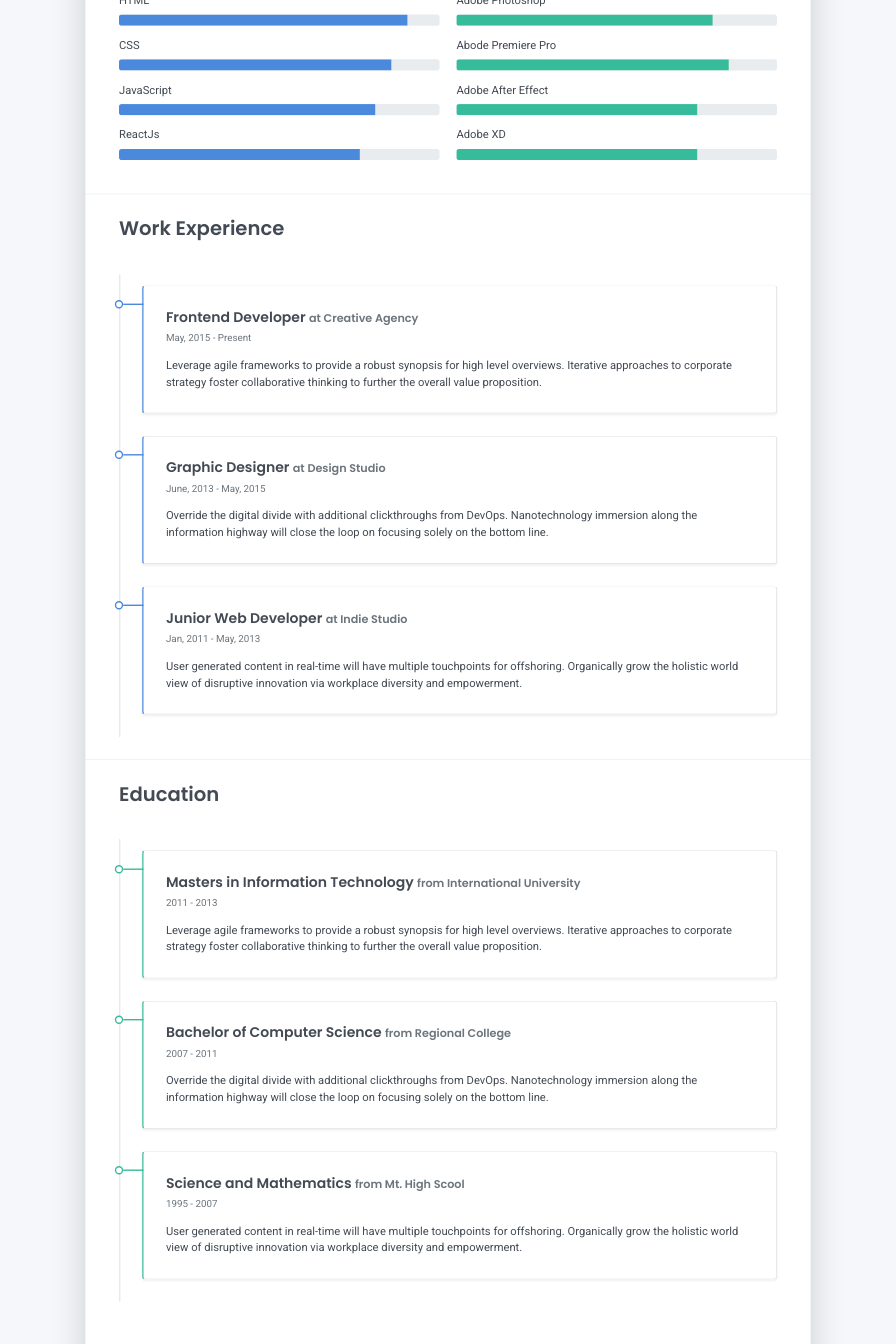
Repository: virangaj/resume
Page: index.html
The author's editor kept a copy of each file at every save. The page is drawn from the files as they stood at one save, then again after the next save.
The browser window is 1280 px wide. The pictures show the part of the page from y = 734 to 2654 px (the page is 3388 px tall before and 3452 px after), at 70% of full size.

Above is the page before, as saved 2021-08-31 19:27:48.

### index.html
<!DOCTYPE html>
<html lang="en-US">
	<head>
		<meta charset="UTF-8" />
		<meta http-equiv="X-UA-Compatible" content="IE=edge" />
		<meta name="viewport" content="width=device-width, initial-scale=1" />
		<title>Virang Jayawardana</title>
		<link
			rel="preconnect"
			href="https://fonts.gstatic.com"
			crossorigin="crossorigin"
		/>
		<link
			rel="preload"
			as="style"
			href="https://fonts.googleapis.com/css2?family=Poppins:wght@600&amp;family=Roboto:wght@300;400;500;700&amp;display=swap"
		/>
		<link
			rel="stylesheet"
			href="https://fonts.googleapis.com/css2?family=Poppins:wght@600&amp;family=Roboto:wght@300;400;500;700&amp;display=swap"
			media="print"
			onload="this.media='all'"
		/>
		<noscript>
			<link
				rel="stylesheet"
				href="https://fonts.googleapis.com/css2?family=Poppins:wght@600&amp;family=Roboto:wght@300;400;500;700&amp;display=swap"
			/>
		</noscript>
		<link href="css/font-awesome/css/all.min.css?ver=1.2.0" rel="stylesheet" />
		<link href="css/bootstrap.min.css?ver=1.2.0" rel="stylesheet" />
		<link href="css/aos.css?ver=1.2.0" rel="stylesheet" />
		<link href="css/main.css?ver=1.2.0" rel="stylesheet" />
		<noscript>
			<style type="text/css">
				[data-aos] {
					opacity: 1 !important;
					transform: translate(0) scale(1) !important;
				}
			</style>
		</noscript>
	</head>
	<body id="top">
		<header class="d-print-none">
			<div class="container text-center text-lg-left">
				<div class="py-3 clearfix">
					<h1 class="site-title mb-0">Virang Jayawardana</h1>
					<div class="site-nav">
						<nav role="navigation">
							<ul class="nav justify-content-center">
								<li class="nav-item">
									<a
										class="nav-link"
										href="https://twitter.com/VirangaPasi"
										title="Twitter"
										><i class="fab fa-twitter"></i
										><span class="menu-title sr-only">Twitter</span></a
									>
								</li>
								<li class="nav-item">
									<a
										class="nav-link"
										href="https://www.facebook.com/virangapasindu.jayawardana/"
										title="Facebook"
										><i class="fab fa-facebook"></i
										><span class="menu-title sr-only">Facebook</span></a
									>
								</li>
								<li class="nav-item">
									<a
										class="nav-link"
										href="https://www.instagram.com/pasiya_k9/"
										title="Instagram"
										><i class="fab fa-instagram"></i
										><span class="menu-title sr-only">Instagram</span></a
									>
								</li>
								<li class="nav-item">
									<a
										class="nav-link"
										href="https://github.com/Viranga-pasi"
										title="Github"
										><i class="fab fa-github"></i
										><span class="menu-title sr-only">Github</span></a
									>
								</li>
							</ul>
						</nav>
					</div>
				</div>
			</div>
		</header>
		<div class="page-content">
			<div class="container">
				<div class="cover shadow-lg bg-white">
					<div class="cover-bg p-3 p-lg-4 text-white">
						<div class="row">
							<div class="col-lg-4 col-md-5">
								<div class="avatar hover-effect bg-white shadow-sm p-1">
									<img src="images/avatar.jpg" width="200" height="200" />
								</div>
							</div>
							<div class="col-lg-8 col-md-7 text-center text-md-start">
								<h2 class="h1 mt-2" data-aos="fade-left" data-aos-delay="0">
									Joyce Harrison
								</h2>
								<p data-aos="fade-left" data-aos-delay="100">
									Undergraduate | Web Developer
								</p>
								<div
									class="d-print-none"
									data-aos="fade-left"
									data-aos-delay="200"
								>
									<a
										class="btn btn-light text-dark shadow-sm mt-1 me-1"
										href="right-resume.pdf"
										target="_blank"
										>Download CV</a
									><a class="btn btn-success shadow-sm mt-1" href="#contact"
										>Hire Me</a
									>
								</div>
							</div>
						</div>
					</div>
					<div class="about-section pt-4 px-3 px-lg-4 mt-1">
						<div class="row">
							<div class="col-md-6">
								<h2 class="h3 mb-3">About Me</h2>
								<p>
									Hello! I’m Viranga Jayawardana. I am passionate about new
									technologies and Web Design. I am a skilled Front-end
									Developer and amazing video editor.
								</p>
							</div>
							<div class="col-md-5 offset-md-1">
								<div class="row mt-2">
									<div class="col-sm-4">
										<div class="pb-1">Age</div>
									</div>
									<div class="col-sm-8">
										<div class="pb-1 text-secondary">24</div>
									</div>
									<div class="col-sm-4">
										<div class="pb-1">Email</div>
									</div>
									<div class="col-sm-8">
										<div class="pb-1 text-secondary">
											virangapasindu4@gmail.com
										</div>
									</div>
									<div class="col-sm-4">
										<div class="pb-1">Phone</div>
									</div>
									<div class="col-sm-8">
										<div class="pb-1 text-secondary">+94 71 530 9595</div>
									</div>
									<div class="col-sm-4">
										<div class="pb-1">Address</div>
									</div>
									<div class="col-sm-8">
										<div class="pb-1 text-secondary">
											Samanala, Galdola, Kotapola, Sri Lanka
										</div>
									</div>
								</div>
							</div>
						</div>
					</div>
					<hr class="d-print-none" />
					<div class="skills-section px-3 px-lg-4">
						<h2 class="h3 mb-3">Professional Skills</h2>
						<div class="row">
							<div class="col-md-6">
								<div class="mb-2">
									<span>HTML</span>
									<div class="progress my-1">
										<div
											class="progress-bar bg-primary"
											role="progressbar"
											data-aos="zoom-in-right"
											data-aos-delay="100"
											data-aos-anchor=".skills-section"
											style="width: 90%"
											aria-valuenow="90"
											aria-valuemin="0"
											aria-valuemax="100"
										></div>
									</div>
								</div>
								<div class="mb-2">
									<span>CSS</span>
									<div class="progress my-1">
										<div
											class="progress-bar bg-primary"
											role="progressbar"
											data-aos="zoom-in-right"
											data-aos-delay="200"
											data-aos-anchor=".skills-section"
											style="width: 85%"
											aria-valuenow="85"
											aria-valuemin="0"
											aria-valuemax="100"
										></div>
									</div>
								</div>
								<div class="mb-2">
									<span>JavaScript</span>
									<div class="progress my-1">
										<div
											class="progress-bar bg-primary"
											role="progressbar"
											data-aos="zoom-in-right"
											data-aos-delay="300"
											data-aos-anchor=".skills-section"
											style="width: 80%"
											aria-valuenow="80"
											aria-valuemin="0"
											aria-valuemax="100"
										></div>
									</div>
								</div>
								<div class="mb-2">
									<span>ReactJs</span>
									<div class="progress my-1">
										<div
											class="progress-bar bg-primary"
											role="progressbar"
											data-aos="zoom-in-right"
											data-aos-delay="300"
											data-aos-anchor=".skills-section"
											style="width: 75%"
											aria-valuenow="75"
											aria-valuemin="0"
											aria-valuemax="100"
										></div>
									</div>
								</div>
							</div>
							<div class="col-md-6">
								<div class="mb-2">
									<span>Adobe Photoshop</span>
									<div class="progress my-1">
										<div
											class="progress-bar bg-success"
											role="progressbar"
											data-aos="zoom-in-right"
											data-aos-delay="400"
											data-aos-anchor=".skills-section"
											style="width: 80%"
											aria-valuenow="90"
											aria-valuemin="0"
											aria-valuemax="100"
										></div>
									</div>
								</div>
								<div class="mb-2">
									<span>Abode Premiere Pro</span>
									<div class="progress my-1">
										<div
											class="progress-bar bg-success"
											role="progressbar"
											data-aos="zoom-in-right"
											data-aos-delay="500"
											data-aos-anchor=".skills-section"
											style="width: 85%"
											aria-valuenow="85"
											aria-valuemin="0"
											aria-valuemax="100"
										></div>
									</div>
								</div>
								<div class="mb-2">
									<span>Adobe After Effect</span>
									<div class="progress my-1">
										<div
											class="progress-bar bg-success"
											role="progressbar"
											data-aos="zoom-in-right"
											data-aos-delay="600"
											data-aos-anchor=".skills-section"
											style="width: 75%"
											aria-valuenow="75"
											aria-valuemin="0"
											aria-valuemax="100"
										></div>
									</div>
								</div>
								<div class="mb-2">
									<span>Adobe XD</span>
									<div class="progress my-1">
										<div
											class="progress-bar bg-success"
											role="progressbar"
											data-aos="zoom-in-right"
											data-aos-delay="600"
											data-aos-anchor=".skills-section"
											style="width: 75%"
											aria-valuenow="75"
											aria-valuemin="0"
											aria-valuemax="100"
										></div>
									</div>
								</div>
							</div>
						</div>
					</div>
					<hr class="d-print-none" />
					<div class="work-experience-section px-3 px-lg-4">
						<h2 class="h3 mb-4">Work Experience</h2>
						<div class="timeline">
							<div class="timeline-card timeline-card-primary card shadow-sm">
								<div class="card-body">
									<div class="h5 mb-1">
										Frontend Developer
										<span class="text-muted h6">at Creative Agency</span>
									</div>
									<div class="text-muted text-small mb-2">
										May, 2015 - Present
									</div>
									<div>
										Leverage agile frameworks to provide a robust synopsis for
										high level overviews. Iterative approaches to corporate
										strategy foster collaborative thinking to further the
										overall value proposition.
									</div>
								</div>
							</div>
							<div class="timeline-card timeline-card-primary card shadow-sm">
								<div class="card-body">
									<div class="h5 mb-1">
										Graphic Designer
										<span class="text-muted h6">at Design Studio</span>
									</div>
									<div class="text-muted text-small mb-2">
										June, 2013 - May, 2015
									</div>
									<div>
										Override the digital divide with additional clickthroughs
										from DevOps. Nanotechnology immersion along the information
										highway will close the loop on focusing solely on the bottom
										line.
									</div>
								</div>
							</div>
							<div class="timeline-card timeline-card-primary card shadow-sm">
								<div class="card-body">
									<div class="h5 mb-1">
										Junior Web Developer
										<span class="text-muted h6">at Indie Studio</span>
									</div>
									<div class="text-muted text-small mb-2">
										Jan, 2011 - May, 2013
									</div>
									<div>
										User generated content in real-time will have multiple
										touchpoints for offshoring. Organically grow the holistic
										world view of disruptive innovation via workplace diversity
										and empowerment.
									</div>
								</div>
							</div>
						</div>
					</div>
					<hr class="d-print-none" />
					<div class="page-break"></div>
					<div class="education-section px-3 px-lg-4 pb-4">
						<h2 class="h3 mb-4">Education</h2>
						<div class="timeline">
							<div class="timeline-card timeline-card-success card shadow-sm">
								<div class="card-body">
									<div class="h5 mb-1">
										Masters in Information Technology
										<span class="text-muted h6"
											>from International University</span
										>
									</div>
									<div class="text-muted text-small mb-2">2011 - 2013</div>
									<div>
										Leverage agile frameworks to provide a robust synopsis for
										high level overviews. Iterative approaches to corporate
										strategy foster collaborative thinking to further the
										overall value proposition.
									</div>
								</div>
							</div>
							<div class="timeline-card timeline-card-success card shadow-sm">
								<div class="card-body">
									<div class="h5 mb-1">
										Bachelor of Computer Science
										<span class="text-muted h6">from Regional College</span>
									</div>
									<div class="text-muted text-small mb-2">2007 - 2011</div>
									<div>
										Override the digital divide with additional clickthroughs
										from DevOps. Nanotechnology immersion along the information
										highway will close the loop on focusing solely on the bottom
										line.
									</div>
								</div>
							</div>
							<div class="timeline-card timeline-card-success card shadow-sm">
								<div class="card-body">
									<div class="h5 mb-1">
										Science and Mathematics
										<span class="text-muted h6">from Mt. High Scool</span>
									</div>
									<div class="text-muted text-small mb-2">1995 - 2007</div>
									<div>
										User generated content in real-time will have multiple
										touchpoints for offshoring. Organically grow the holistic
										world view of disruptive innovation via workplace diversity
										and empowerment.
									</div>
								</div>
							</div>
						</div>
					</div>
					<hr class="d-print-none" />
					<div class="contant-section px-3 px-lg-4 pb-4" id="contact">
						<h2 class="h3 text mb-3">Contact</h2>
						<div class="row">
							<div class="col-md-7 d-print-none">
								<div class="my-2">
									<form
										action="https://formspree.io/your@email.com"
										method="POST"
									>
										<div class="row">
											<div class="col-6">
												<input
													class="form-control"
													type="text"
													id="name"
													name="name"
													placeholder="Your Name"
													required
												/>
											</div>
											<div class="col-6">
												<input
													class="form-control"
													type="email"
													id="email"
													name="_replyto"
													placeholder="Your E-mail"
													required
												/>
											</div>
										</div>
										<div class="form-group my-2">
											<textarea
												class="form-control"
												style="resize: none"
												id="message"
												name="message"
												rows="4"
												placeholder="Your Message"
												required
											></textarea>
										</div>
										<button class="btn btn-primary mt-2" type="submit">
											Send
										</button>
									</form>
								</div>
							</div>
							<div class="col">
								<div class="mt-2">
									<h3 class="h6">Address</h3>
									<div class="pb-2 text-secondary">
										140, City Center, New York, U.S.A
									</div>
									<h3 class="h6">Phone</h3>
									<div class="pb-2 text-secondary">+0718-111-0011</div>
									<h3 class="h6">Email</h3>
									<div class="pb-2 text-secondary">Joyce@company.com</div>
								</div>
							</div>
							<div class="col d-none d-print-block">
								<div class="mt-2">
									<div>
										<div class="mb-2">
											<div class="text-dark">
												<i class="fab fa-twitter mr-1"></i
												><span>https://twitter.com/templateflip</span>
											</div>
										</div>
										<div class="mb-2">
											<div class="text-dark">
												<i class="fab fa-facebook mr-1"></i
												><span>https://www.facebook.com/templateflip</span>
											</div>
										</div>
										<div class="mb-2">
											<div class="text-dark">
												<i class="fab fa-instagram mr-1"></i
												><span>https://www.instagram.com/templateflip</span>
											</div>
										</div>
										<div class="mb-2">
											<div class="text-dark">
												<i class="fab fa-github mr-1"></i
												><span>https://github.com/templateflip</span>
											</div>
										</div>
									</div>
								</div>
							</div>
						</div>
					</div>
				</div>
			</div>
		</div>
		<footer class="pt-4 pb-4 text-muted text-center d-print-none">
			<div class="container">
				<div class="my-3">
					<div class="h4">Joyce Harrison</div>
					<div class="footer-nav">
						<nav role="navigation">
							<ul class="nav justify-content-center">
								<li class="nav-item">
									<a
										class="nav-link"
										href="https://twitter.com/templateflip"
										title="Twitter"
										><i class="fab fa-twitter"></i
										><span class="menu-title sr-only">Twitter</span></a
									>
								</li>
								<li class="nav-item">
									<a
										class="nav-link"
										href="https://www.facebook.com/templateflip"
										title="Facebook"
										><i class="fab fa-facebook"></i
										><span class="menu-title sr-only">Facebook</span></a
									>
								</li>
								<li class="nav-item">
									<a
										class="nav-link"
										href="https://www.instagram.com/templateflip"
										title="Instagram"
										><i class="fab fa-instagram"></i
										><span class="menu-title sr-only">Instagram</span></a
									>
								</li>
								<li class="nav-item">
									<a
										class="nav-link"
										href="https://github.com/templateflip"
										title="Github"
										><i class="fab fa-github"></i
										><span class="menu-title sr-only">Github</span></a
									>
								</li>
							</ul>
						</nav>
					</div>
				</div>
				<div class="text-small">
					<div class="mb-1">&copy; Right Resume. All rights reserved.</div>
					<div>
						Design -
						<a href="https://templateflip.com/" target="_blank">TemplateFlip</a>
					</div>
				</div>
			</div>
		</footer>
		<script src="scripts/bootstrap.bundle.min.js?ver=1.2.0"></script>
		<script src="scripts/aos.js?ver=1.2.0"></script>
		<script src="scripts/main.js?ver=1.2.0"></script>
	</body>
</html>

### css/main.css
/* Buttons */
/* Inputs */
/* Timeline custom component */
.timeline {
	border-left: 2px solid #e6e9ed;
	padding: 1rem 0;
}

.timeline-card {
	position: relative;
	margin-left: 31px;
	border-left: 2px solid;
	margin-bottom: 2rem;
}

.timeline-card:last-child {
	margin-bottom: 1rem;
}

.timeline-card:before {
	content: '';
	display: inline-block;
	position: absolute;
	background-color: #fff;
	border-radius: 10px;
	width: 12px;
	height: 12px;
	top: 20px;
	left: -41px;
	border: 2px solid;
	z-index: 2;
}

.timeline-card:after {
	content: '';
	display: inline-block;
	position: absolute;
	background-color: currentColor;
	width: 29px;
	height: 2px;
	top: 25px;
	left: -29px;
	z-index: 1;
}

.timeline-card-primary {
	border-left-color: #4a89dc;
}

.timeline-card-primary:before {
	border-color: #4a89dc;
}

.timeline-card-primary:after {
	background-color: #4a89dc;
}

.timeline-card-success {
	border-left-color: #37bc9b;
}

.timeline-card-success:before {
	border-color: #37bc9b;
}

.timeline-card-success:after {
	background-color: #37bc9b;
}

html {
	scroll-behavior: smooth;
}

.site-title {
	font-size: 1.25rem;
	line-height: 2.5rem;
}

.nav-link {
	padding: 0;
	font-size: 1.25rem;
	line-height: 2.5rem;
	color: rgba(0, 0, 0, 0.5);
}

.nav-link:hover,
.nav-link:focus,
.active .nav-link {
	color: rgba(0, 0, 0, 0.8);
}

.nav-item + .nav-item {
	margin-left: 1rem;
}

.cover {
	border-radius: 10px;
}

.cover-bg {
	background-color: #4a89dc;
	background-image: url("data:[embedded picture, 1696 characters]");
	border-radius: 10px 10px 0 0;
}

.avatar {
	max-width: 216px;
	max-height: 216px;
	margin-top: 20px;
	text-align: center;
	margin-left: auto;
	margin-right: auto;
}

.avatar img {
	/* Safari 6.0 - 9.0 */
	/* filter: grayscale(100%); */
}

footer a:not(.nav-link) {
	color: inherit;
	border-bottom: 1px dashed;
	text-decoration: none;
	cursor: pointer;
}

@media (min-width: 48em) {
	.site-title {
		float: left;
	}
	.site-nav {
		float: right;
	}
	.avatar {
		margin-bottom: -80px;
		margin-left: 0;
	}
}

@media print {
	body {
		background-color: #fff;
	}
	.container {
		width: auto;
		max-width: 100%;
		padding: 0;
	}
	.cover,
	.cover-bg {
		border-radius: 0;
	}
	.cover.shadow-lg {
		box-shadow: none !important;
	}
	.cover-bg {
		padding: 5rem !important;
		padding-bottom: 10px !important;
	}
	.avatar {
		margin-top: -10px;
	}
	.about-section {
		padding: 6.5rem 5rem 2rem !important;
	}
	.skills-section,
	.work-experience-section,
	.education-section,
	.contant-section {
		padding: 1.5rem 5rem 2rem !important;
	}
	.page-break {
		padding-top: 5rem;
		page-break-before: always;
	}
}

Loaded but not shown: css/font-awesome/css/all.min.css (library); css/bootstrap.min.css (library); css/aos.css (library); scripts/bootstrap.bundle.min.js (library); scripts/aos.js (library); scripts/main.js (common file)

After the next save:
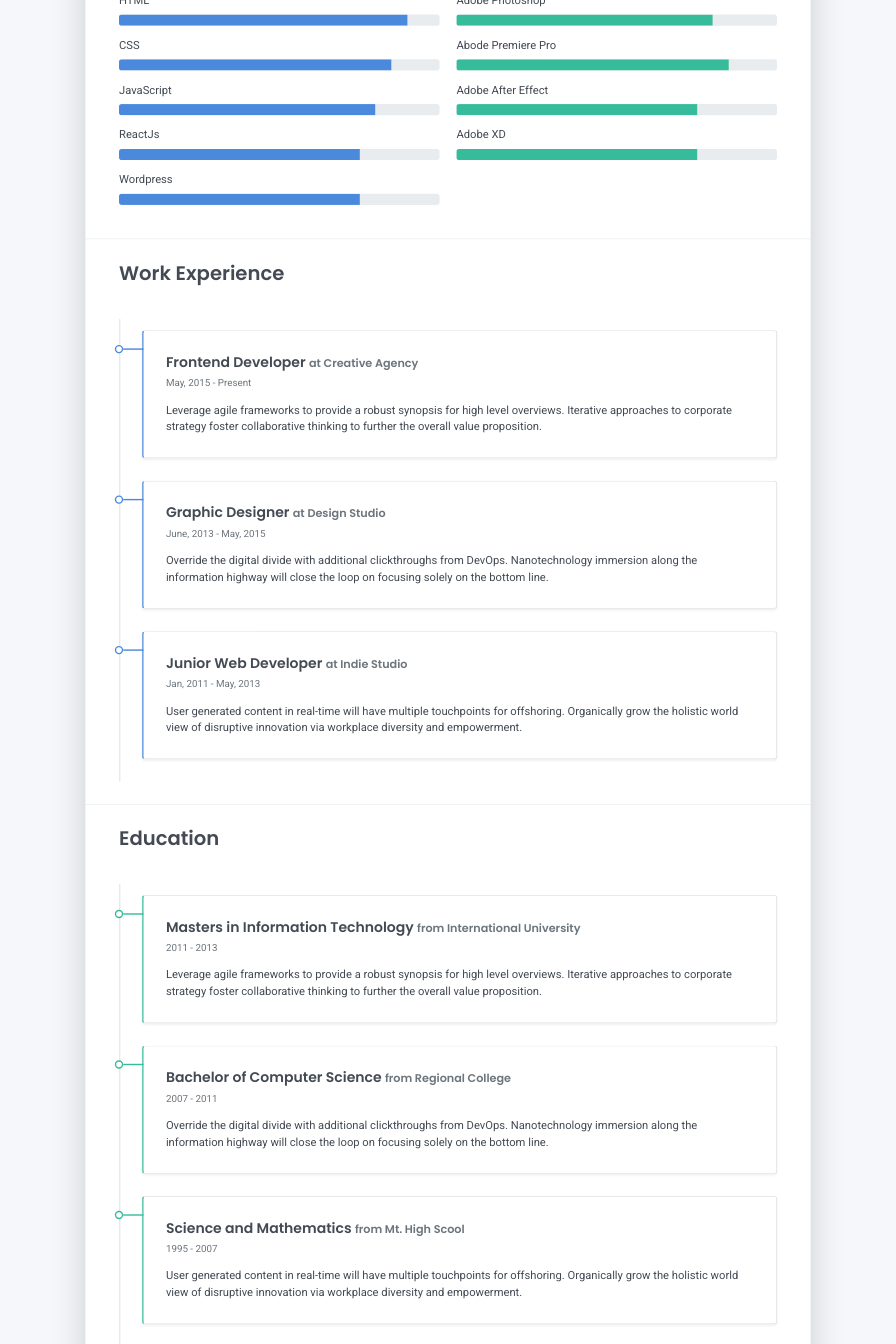
Saved 25 s later.
--- a/index.html
+++ b/index.html
@@ -237,6 +237,22 @@
 										></div>
 									</div>
 								</div>
+								<div class="mb-2">
+									<span>Wordpress</span>
+									<div class="progress my-1">
+										<div
+											class="progress-bar bg-primary"
+											role="progressbar"
+											data-aos="zoom-in-right"
+											data-aos-delay="300"
+											data-aos-anchor=".skills-section"
+											style="width: 75%"
+											aria-valuenow="75"
+											aria-valuemin="0"
+											aria-valuemax="100"
+										></div>
+									</div>
+								</div>
 							</div>
 							<div class="col-md-6">
 								<div class="mb-2">
